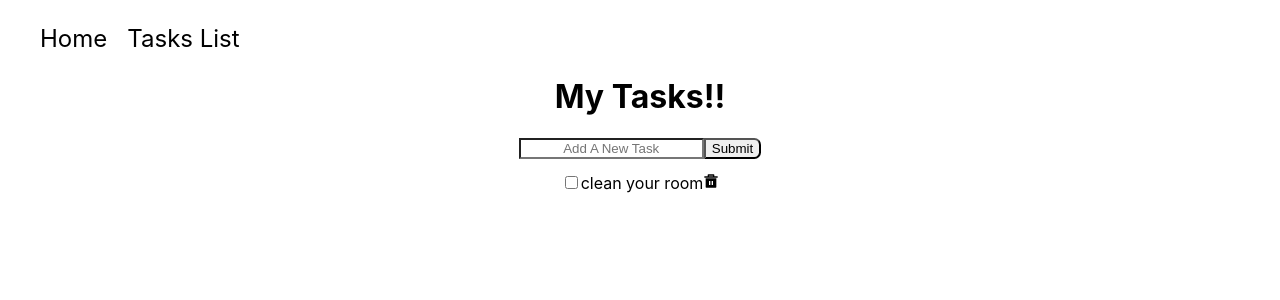
Repository: runner855/abstract_todolist
Page: /
An editor plug-in stored every save of this project. The page is shown before and after the next save, followed by the edit.
The browser window is 1280 px wide. The pictures show the whole page.
The pointer rests on the first visible `a`.
The project was rebuilt for these pictures with package versions that can differ from the ones it lists, and the page was loaded fresh each time.

Above is the page before, as saved 2022-11-09 14:28:46.

### src/App.tsx
import React, { useState, useEffect } from "react";
import { Header } from "./Header";
import { RiDeleteBin5Fill } from "react-icons/ri";
import "./App.css";

export const App = () => {
  const todos = [
    {
      done: false,
      task: "clean your room",
    },
  ];

  type TodosProps = {
    done: boolean;
    task: string;
  };

  const [value, setValue] = useState<string>("");
  // const [list, setList] = useState<string[]>([]);
  const [tasks, setTasks] = useState<TodosProps[]>(todos);

  return (
    <div className="App">
      <Header />
      <h1>My Tasks!!</h1>
      <div className="textbox">
        <input
          type="text"
          placeholder="Add A New Task"
          onChange={(e) => setValue(e.target.value)}
          value={value}
        ></input>

        {
          <button
            className="addtask"
            onClick={() => {
              setTasks([...tasks, { task: value, done: false }]);
              setValue("");
            }}
          >
            Submit
          </button>
        }

        <div className="todo-container">
          {tasks.map((item, index) => {
            return (
              <div className={`single-task `} key={`${item.task}-${index}`}>
                <input
                  type="checkbox"
                  checked={item.done}
                  onChange={() => setTasks([{ ...item, done: !item.done }])}
                />
                {item.task}
                {item.done}
                <a className="delete">
                  <RiDeleteBin5Fill onClick={() => console.log("delete")} />
                </a>
              </div>
            );
          })}
        </div>
      </div>
    </div>
  );
};

### src/Header.tsx
import * as React from "react";
import "./Header.css";

export const Header = () => {
  return (
    <div className="home">
      <ul>
        <li>Home</li>
        <li>Tasks List</li>
      </ul>
    </div>
  );
};

### src/App.css
h1{
  text-align: center;
}

input {
  text-align: center;
  border-radius: 0em;
  margin-bottom: 1em;
}

.textbox{
  text-align: center;
}

.addtask {
  border-radius: 0em 0.5em 0.5em 0em;
}

a{
  cursor: pointer;
}

### src/Header.css
ul{
   text-align: left;
   list-style: none;
   font-size: 1.5em;
   display: flex;

}
ul li {
    margin-right: 20px;
}

Loaded but not shown: public/index.html (common file); src/index.tsx (common file); src/index.css (common file); public/manifest.json (common file)

After the next save:
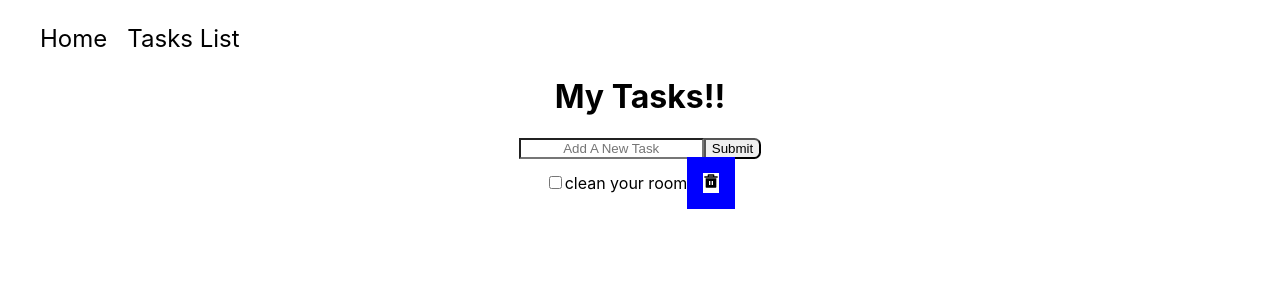
Saved 33 s later.
--- a/src/App.css
+++ b/src/App.css
@@ -19,3 +19,7 @@ input {
 a{
   cursor: pointer;
 }
+
+a:hover{
+  border: solid 1em blue;
+}
